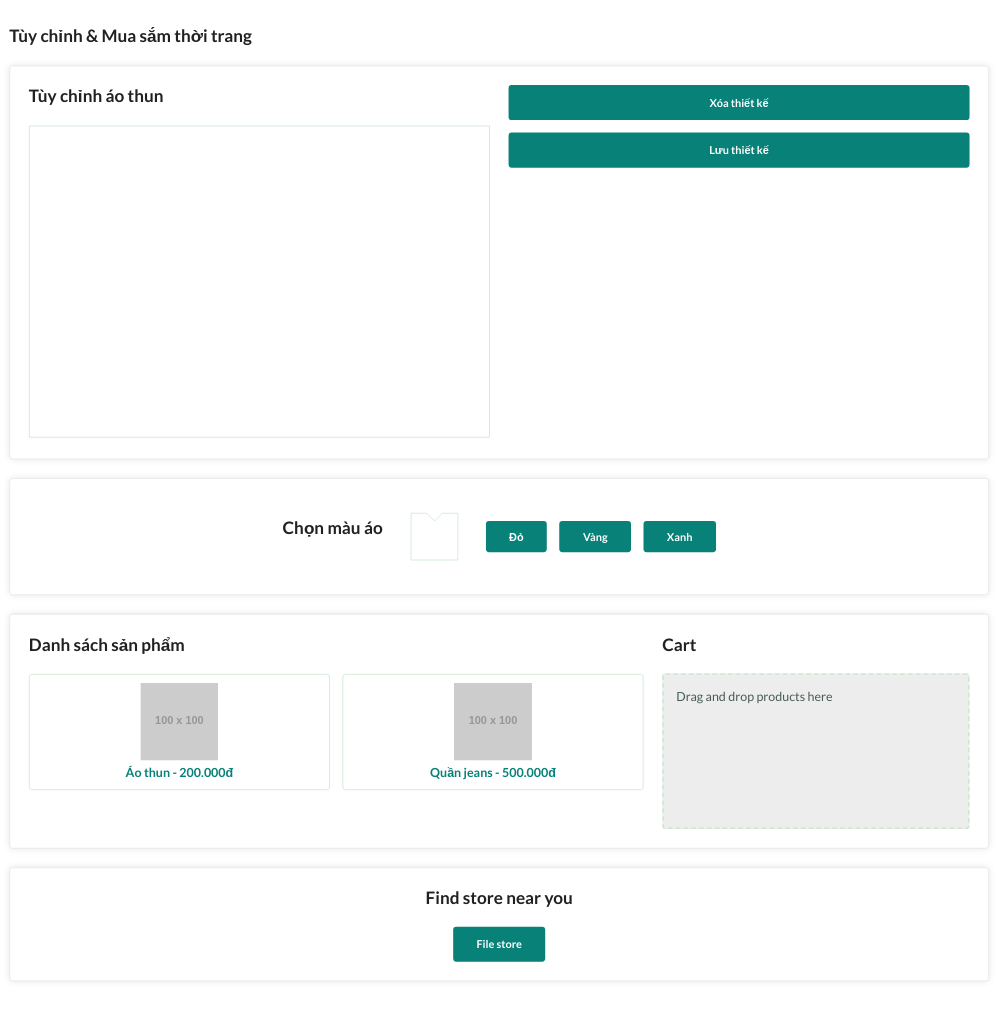
Repository: binhphanbp/evara-ecommerce
Page: custome-shop.html
The author's editor kept a copy of each file at every save. The page is drawn from the files as they stood at one save, then again after a run of saves.
The browser window is 1280 px wide. The pictures show the whole page, at 78% of full size.

Above is the page before, as saved 2025-06-17 07:48:46.

After the next 2 saves:
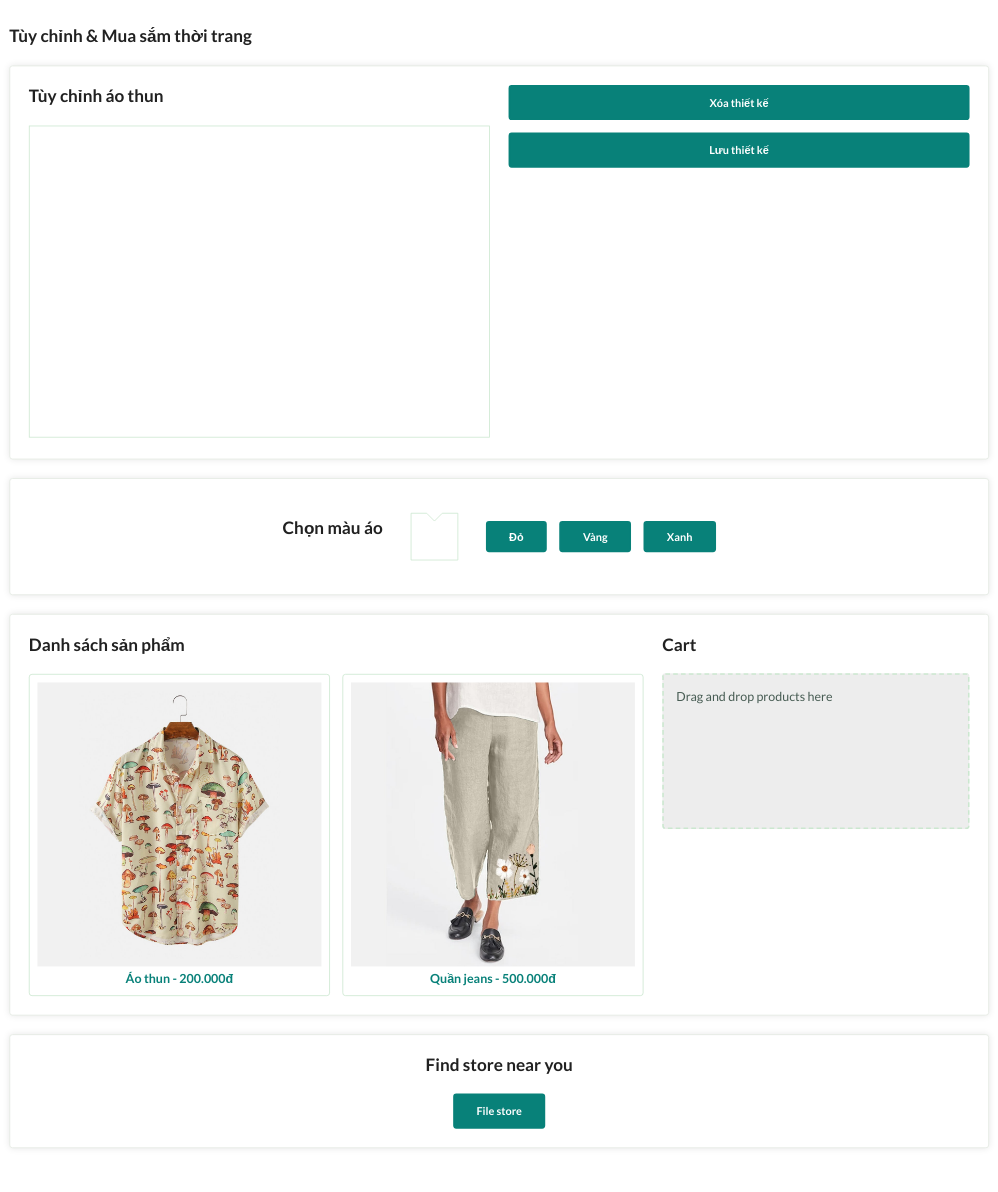
The 2 saves are shown as one change because they came seconds apart.
The last was saved 31 s later.
--- a/custome-shop.html
+++ b/custome-shop.html
@@ -182,7 +182,7 @@
               data-name="Áo thun"
               data-price="200000"
             >
-              <img src="https://via.placeholder.com/100" alt="Áo thun" />
+              <img src="./assets/img/product-1-1.jpg" alt="Áo thun" />
               <p class="new__price">Áo thun - 200.000đ</p>
             </div>
             <div
@@ -192,7 +192,7 @@
               data-name="Quần jeans"
               data-price="500000"
             >
-              <img src="https://via.placeholder.com/100" alt="Quần jeans" />
+              <img src="./assets/img/product-4-1.jpg" alt="Quần jeans" />
               <p class="new__price">Quần jeans - 500.000đ</p>
             </div>
           </div>
